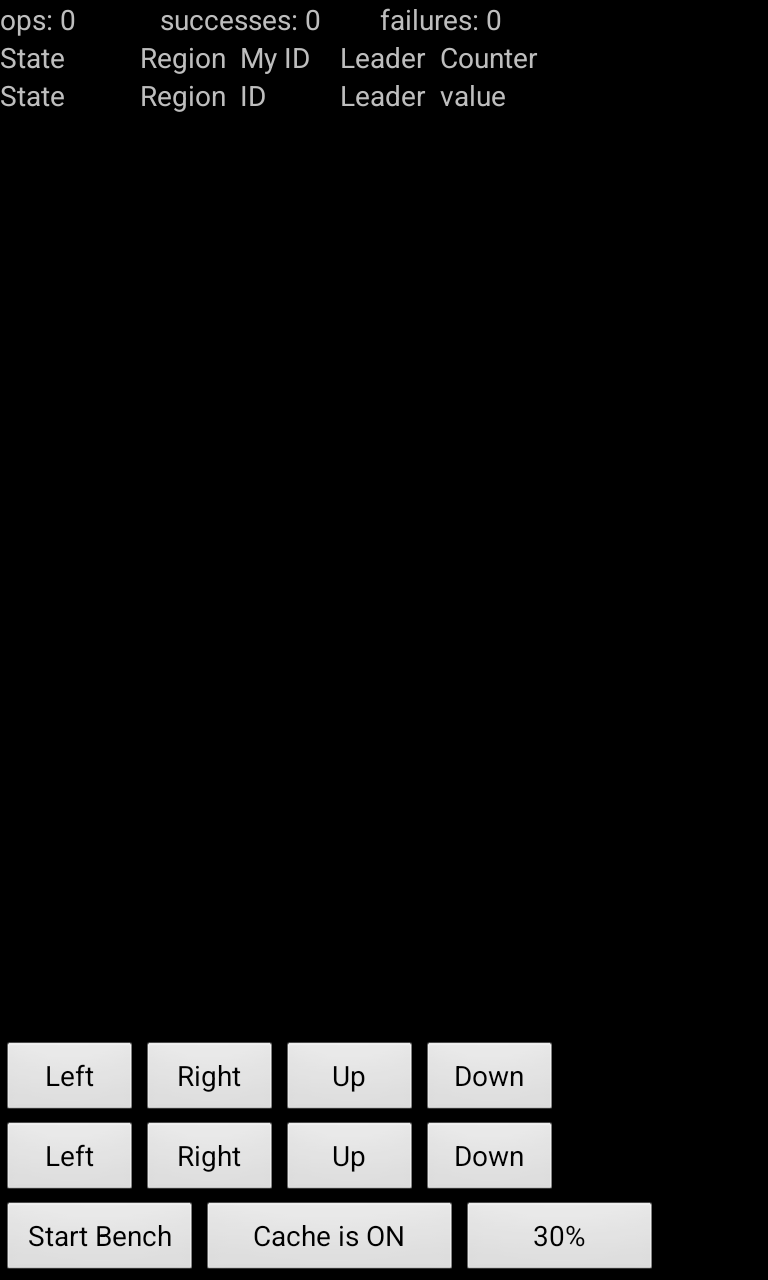
Repository: jasongao/csmcode
Layout: current/workspace/VNConsistent/res/layout/main.xml
An editor plug-in stored every save of this project. The layout is shown before and after the next save, followed by the edit.
It is drawn on a 768 x 1280 px phone screen (xhdpi) without system bars, with theme android:Theme; the app's code is not run. Lists and similar views that code fills are empty.

Above is the layout before, as saved 2011-07-17 15:34:42.

### current/workspace/VNConsistent/res/layout/main.xml
<?xml version="1.0" encoding="utf-8"?>
<LinearLayout xmlns:android="http://schemas.android.com/apk/res/android"
	android:orientation="vertical" android:layout_width="fill_parent"
	android:layout_height="fill_parent">

	<LinearLayout android:layout_width="match_parent"
		android:layout_height="wrap_content" android:id="@+id/CountInfoLayout">
		<TextView android:text="ops: 0" android:layout_height="wrap_content"
			android:id="@+id/opcount_tv" android:layout_width="80dip"></TextView>
		<TextView android:text="successes: 0" android:layout_height="wrap_content"
			android:id="@+id/successcount_tv" android:layout_width="110dip"></TextView>
		<TextView android:text="failures: 0" android:layout_height="wrap_content"
			android:id="@+id/failurecount_tv" android:layout_width="90dip"></TextView>
	</LinearLayout>

	<LinearLayout android:layout_width="match_parent"
		android:layout_height="wrap_content" android:id="@+id/StatusHeadingLayout">
		<TextView android:text="State" android:id="@+id/TextView04"
			android:layout_height="wrap_content" android:layout_width="70dip"></TextView>
		<TextView android:text="Region" android:layout_width="50dip"
			android:id="@+id/TextView03" android:layout_height="wrap_content"></TextView>
		<TextView android:text="My ID" android:layout_width="50dip"
			android:id="@+id/TextView01" android:layout_height="wrap_content"></TextView>
		<TextView android:layout_height="wrap_content"
			android:layout_width="50dip" android:text="Leader" android:id="@+id/TextView05"></TextView>
		<TextView android:text="Counter" android:layout_height="wrap_content"
			android:id="@+id/TextView06" android:layout_width="75dip"></TextView>
	</LinearLayout>
	<LinearLayout android:layout_width="match_parent"
		android:layout_height="wrap_content" android:id="@+id/StatusInfoLayout">
		<TextView android:text="State" android:layout_height="wrap_content"
			android:id="@+id/state_tv" android:layout_width="70dip"></TextView>
		<TextView android:text="Region" android:layout_height="wrap_content"
			android:layout_width="50dip" android:id="@+id/region_tv"></TextView>
		<TextView android:text="ID" android:layout_width="50dip"
			android:id="@+id/id_tv" android:layout_height="wrap_content"></TextView>
		<TextView android:layout_height="wrap_content"
			android:layout_width="50dip" android:text="Leader" android:id="@+id/leader_tv"></TextView>
		<TextView android:layout_height="wrap_content"
			android:layout_width="75dip" android:text="value" android:id="@+id/csm_tv"></TextView>
	</LinearLayout>

	<ListView android:id="@+id/msgList" android:layout_width="fill_parent"
		android:layout_height="fill_parent" android:stackFromBottom="true"
		android:transcriptMode="alwaysScroll" android:layout_weight="1">
	</ListView>

	<LinearLayout android:layout_width="fill_parent"
		android:orientation="horizontal" android:layout_height="wrap_content"
		android:id="@+id/SetDistributionLayout">
	</LinearLayout>

	<LinearLayout android:layout_width="fill_parent"
		android:orientation="horizontal" android:layout_height="wrap_content"
		android:id="@+id/RegionButtonLayout">
		<Button android:text="Left" android:id="@+id/left_button"
			android:layout_width="70dip" android:layout_height="40dip"/>
		<Button android:text="Right" android:id="@+id/right_button"
			android:layout_width="70dip" android:layout_height="40dip"></Button>
		<Button android:text="Up" android:id="@+id/up_button"
			android:layout_width="70dip" android:layout_height="40dip"/>
		<Button android:text="Down" android:id="@+id/down_button"
			android:layout_width="70dip" android:layout_height="40dip"/>
	</LinearLayout>

	<LinearLayout android:layout_width="fill_parent"
		android:orientation="horizontal" android:layout_height="wrap_content"
		android:id="@+id/RegionButtonLayout">
		<Button android:text="Left" android:id="@+id/left_button"
			android:layout_width="70dip" android:layout_height="40dip"/>
		<Button android:text="Right" android:id="@+id/right_button"
			android:layout_width="70dip" android:layout_height="40dip"></Button>
		<Button android:text="Up" android:id="@+id/up_button"
			android:layout_width="70dip" android:layout_height="40dip"/>
		<Button android:text="Down" android:id="@+id/down_button"
			android:layout_width="70dip" android:layout_height="40dip"/>
	</LinearLayout>

	<LinearLayout android:layout_width="fill_parent"
		android:orientation="horizontal" android:layout_height="wrap_content"
		android:id="@+id/TestButtonsLayout">
		<Button android:text="Start Bench" android:layout_width="100dip" android:id="@+id/switchbench_button" android:layout_height="40dip"></Button>
		<Button android:layout_width="130dip" android:text="Cache is ON"
			android:id="@+id/cache_button" android:layout_height="40dip"></Button>
		<Button android:text="30%" android:layout_width="100dip" android:id="@+id/distribution_button" android:layout_height="40dip"></Button>
	</LinearLayout>

</LinearLayout>

After the next save:
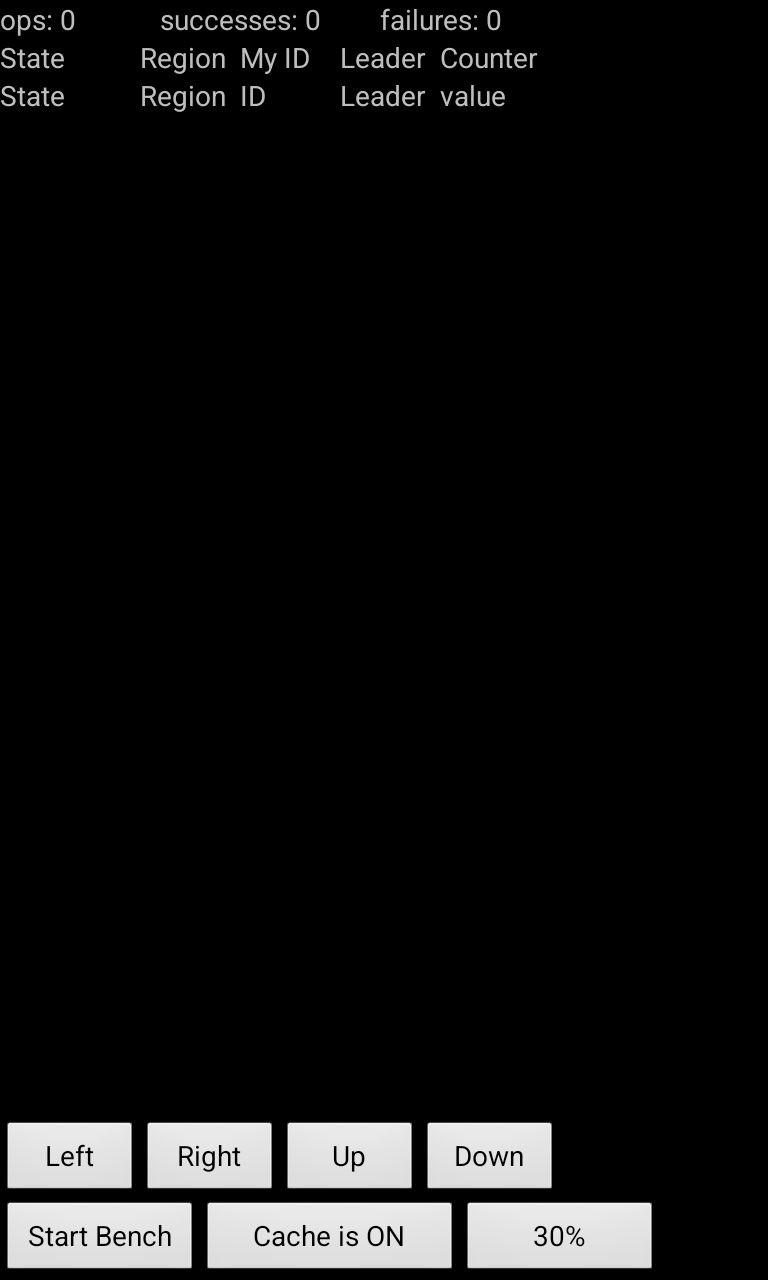
Saved 14 s later.
--- a/current/workspace/VNConsistent/res/layout/main.xml
+++ b/current/workspace/VNConsistent/res/layout/main.xml
@@ -47,24 +47,6 @@
 
 	<LinearLayout android:layout_width="fill_parent"
 		android:orientation="horizontal" android:layout_height="wrap_content"
-		android:id="@+id/SetDistributionLayout">
-	</LinearLayout>
-
-	<LinearLayout android:layout_width="fill_parent"
-		android:orientation="horizontal" android:layout_height="wrap_content"
-		android:id="@+id/RegionButtonLayout">
-		<Button android:text="Left" android:id="@+id/left_button"
-			android:layout_width="70dip" android:layout_height="40dip"/>
-		<Button android:text="Right" android:id="@+id/right_button"
-			android:layout_width="70dip" android:layout_height="40dip"></Button>
-		<Button android:text="Up" android:id="@+id/up_button"
-			android:layout_width="70dip" android:layout_height="40dip"/>
-		<Button android:text="Down" android:id="@+id/down_button"
-			android:layout_width="70dip" android:layout_height="40dip"/>
-	</LinearLayout>
-
-	<LinearLayout android:layout_width="fill_parent"
-		android:orientation="horizontal" android:layout_height="wrap_content"
 		android:id="@+id/RegionButtonLayout">
 		<Button android:text="Left" android:id="@+id/left_button"
 			android:layout_width="70dip" android:layout_height="40dip"/>
